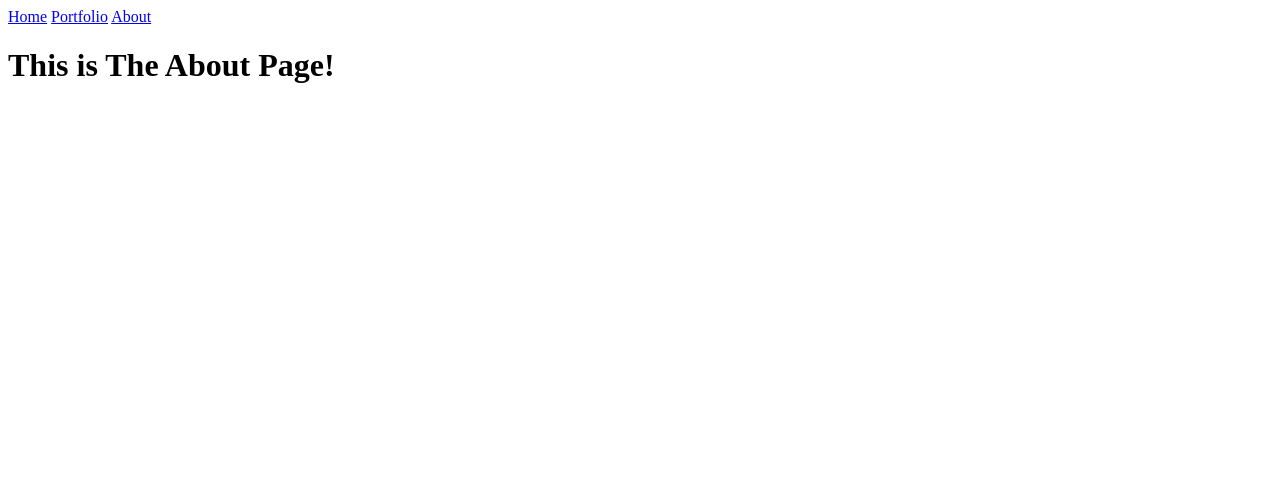
Repository: umana661/umana661.github.io
Page: my_website/about_me.html
The author's editor kept a record of every edit. The page is drawn from the files as they stood at one moment, then again after the next edit.
The browser window is 1280 px wide. The pictures show the whole page.

Above is the page before.

After the next edit:
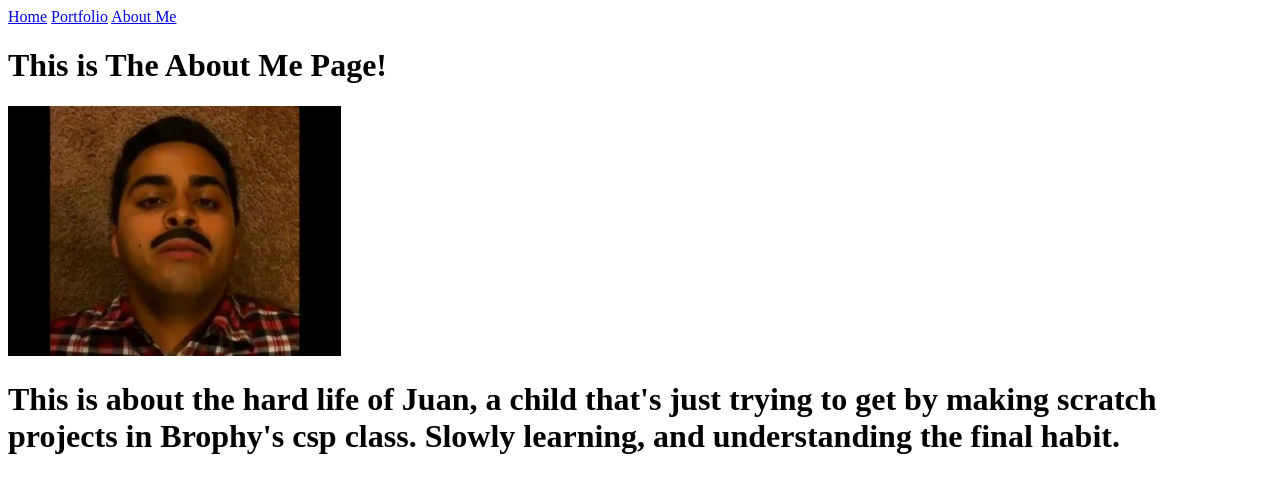
The edit:
--- a/my_website/about_me.html
+++ b/my_website/about_me.html
@@ -7,10 +7,126 @@
 	  <body>
     <a href="index.html">Home</a>
     <a href="portfolio.html">Portfolio</a>
-    <a href="about.html">About</a>
-    <h1>This is The About Page!</h1>
+    <a href="about_me.html">About Me</a>
+    <h1>This is The About Me Page!</h1>
+    <img src="images/Juan.jpg" height="250">
+    <h1>This is about the hard life of Juan, a child that's just trying to get by making scratch projects in Brophy's csp class. Slowly learning, and understanding the final habit.
+
+
+
+
+
+
+
+
+
+
+
+
+
+
+
+
+
+
+
+
+
+
+
+
+
+
+
+
+
+
+
+
+
+
+
+
+
+
+
+
+
+
+
+
+
+
+
+
+
+
+
+
+
+
+
+
+
+
+
+
+
+
+
+
+
+
+
+
+
+
+
+
+
+
+
+
+
+
+
+
+
+
+
+
+
+
+
+
+
+
+
+
+
+
+
+
+
+
+
+
+
+
+
+
+
+
+
+
+
+
+
+
+
+
+    </h1>
     <br>
-    <a target="_blank" href="https://scratch.mit.edu">
     </a>
 	  </body>
 	</html>
